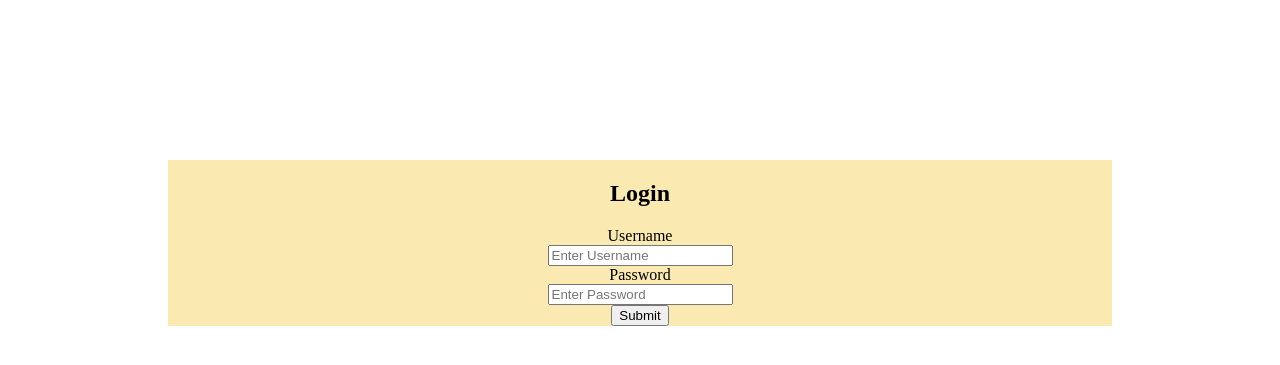
Repository: Shivamkr522/Contact_Us_Page
Page: http://localhost/ContactUs/login.jsp
These files come from the project's save history. The page is drawn as it stood at one moment and after the next save; the edit follows.
The browser window is 1280 px wide. The pictures show the whole page.
The page is served by Tomcat 9. Other server files are loaded and not shown.

Above is the page before, as saved 2022-12-11 13:12:00.

### ContactUs/src/main/webapp/login.jsp
<%@ page language="java" contentType="text/html; charset=UTF-8"
    pageEncoding="UTF-8"%>
 <%@ taglib prefix="c" uri="http://java.sun.com/jsp/jstl/core"%>
<!DOCTYPE html>
<html>
<head>
<meta charset="UTF-8">
<title>Login</title>
<link rel="stylesheet" href="login.css">

</head>
<body>
	<div id="login-box">
		<h2>Login</h2>
		<form action="login" method="post">
			<label for="user-name">Username</label>
			<br>
			<input type="text" name="username" id="user" placeholder="Enter Username">
			<br>
			<label for="password">Password</label>
			<br>
			<input type="password" name="password" id="pass" placeholder="Enter Password">
			<br>
			<button>Submit</button>
		</form>
	</div>
</body>
</html>

### ContactUs/src/main/webapp/login.css
@charset "UTF-8";

h2{
	text-align: center;

}

form{
	text-align: center;
}

#login-box{
	display: flex;
	flex-direction: column;

	background-color: #FAEAB1;
	margin: 10rem;
}

After the next save:
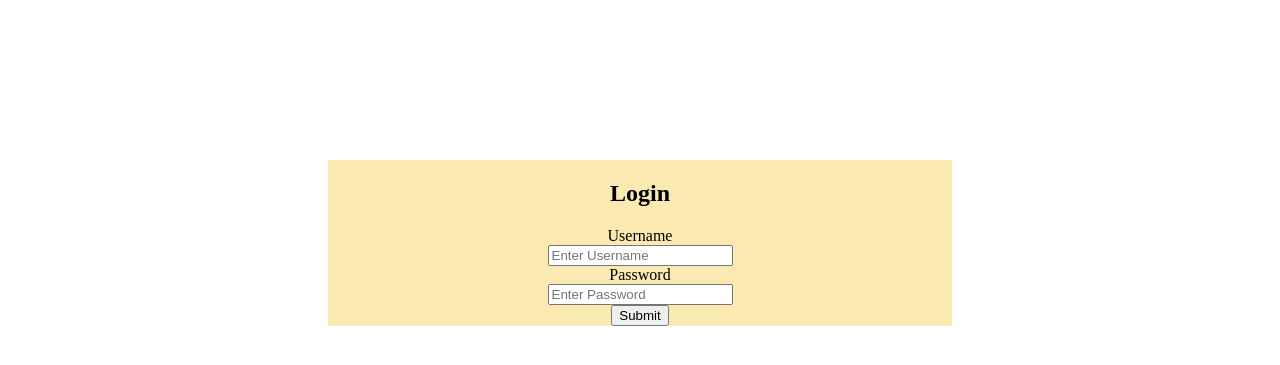
Saved 42 s later.
--- a/ContactUs/src/main/webapp/login.css
+++ b/ContactUs/src/main/webapp/login.css
@@ -12,7 +12,6 @@ form{
 #login-box{
 	display: flex;
 	flex-direction: column;
-
 	background-color: #FAEAB1;
-	margin: 10rem;
+	margin: 10rem 20rem;
 }
